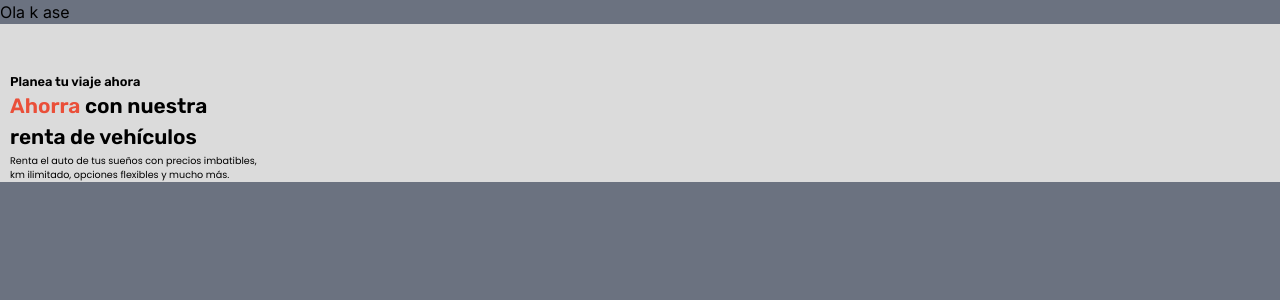
Repository: aldovelacasas/PF_RentCar2
Page: /homePage
An editor plug-in stored every save of this project. The page is shown before and after the next save, followed by the edit.
The browser window is 1280 px wide. The pictures show the whole page.
The project was rebuilt for these pictures with package versions that can differ from the ones it lists, and the page was loaded fresh each time. The framework's server and built-in components were replaced by stand-ins that run in the browser. Also part of the build but not shown: next.config.js.

Above is the page before, as saved 2023-08-29 19:08:12.

### src/app/layout.jsx
import "./globals.css";
import { Inter } from "next/font/google";

const inter = Inter({ subsets: ["latin"] });

export const metadata = {
  title: "Create Next App",
  description: "Generated by create next app",
};

export default function RootLayout({ children }) {
  return (
    <html lang="en">
      <body className={inter.className}>
        <h1>Ola k ase</h1>
        <div className="h-[calc(100vh-5rem)]">{children}</div>
      </body>
    </html>
  );
}

### src/app/homePage/page.jsx
import { Rubik, Poppins } from "next/font/google";

const fontRubik = Rubik({
  weight: "600",
  subsets: ["latin"],
});

const fontPoppins = Poppins({
  weight: "400",
  subsets: ["latin"],
});
const poppins = fontPoppins.className;
const rubik = fontRubik.className;

function HomePage() {
  return (
    <div className={`bg-gris_fondo ${rubik} space-y-0 space-x-2.5`}>
      <p className={`pt-12 ml-2.5 text-[0.8em]`}>Planea tu viaje ahora</p>
      <p className="text-[1.3em] mb-0 pb-0">
        <span className="text-naranja_enf mb-0 pb-0">Ahorra </span>
        con nuestra
      </p>
      <p className="text-[1.3em] mt-0 pt-0">renta de vehículos</p>
      <div>
        <p className={`${poppins} text-[0.6em]`}>
          Renta el auto de tus sueños con precios imbatibles,
        </p>
        <p className={`${poppins} text-[0.6em]`}>
          km ilimitado, opciones flexibles y mucho más.
        </p>
      </div>
    </div>
  );
}

export default HomePage;

### src/app/globals.css
@tailwind base;
@tailwind components;
@tailwind utilities;

body {
   @apply bg-gray-500; /* Fondo más claro */
   color: gray-800; /* Texto oscuro */
}

### tailwind.config.js
/** @type {import('tailwindcss').Config} */
module.exports = {
  content: [
    "./src/pages/**/*.{js,ts,jsx,tsx,mdx}",
    "./src/components/**/*.{js,ts,jsx,tsx,mdx}",
    "./src/app/**/*.{js,ts,jsx,tsx,mdx}",
  ],
  theme: {
    extend: {
      backgroundImage: {
        "gradient-radial": "radial-gradient(var(--tw-gradient-stops))",
        "gradient-conic":
          "conic-gradient(from 180deg at 50% 50%, var(--tw-gradient-stops))",
      },
      colors: {
        gris_fondo: "#dbdbdb",
        gris_frente: "#e9e9e9",
        negro_fondo: "#282828",
        naranja_enf: "#ea4f39",
        rojo_status: "#e30613",
        verde_status: "#4aaf4d",
        amarillo_status: "#f0e400",
      },
    },
  },
  plugins: [],
};

After the next save:
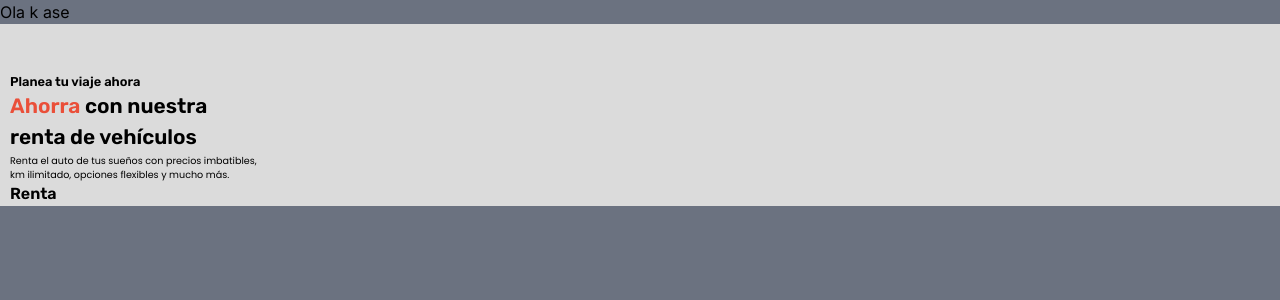
Saved 45 s later.
--- a/src/app/homePage/page.jsx
+++ b/src/app/homePage/page.jsx
@@ -28,6 +28,9 @@ function HomePage() {
         <p className={`${poppins} text-[0.6em]`}>
           km ilimitado, opciones flexibles y mucho más.
         </p>
+        <div>
+          <a href="#form">Renta</a>
+        </div>
       </div>
     </div>
   );
